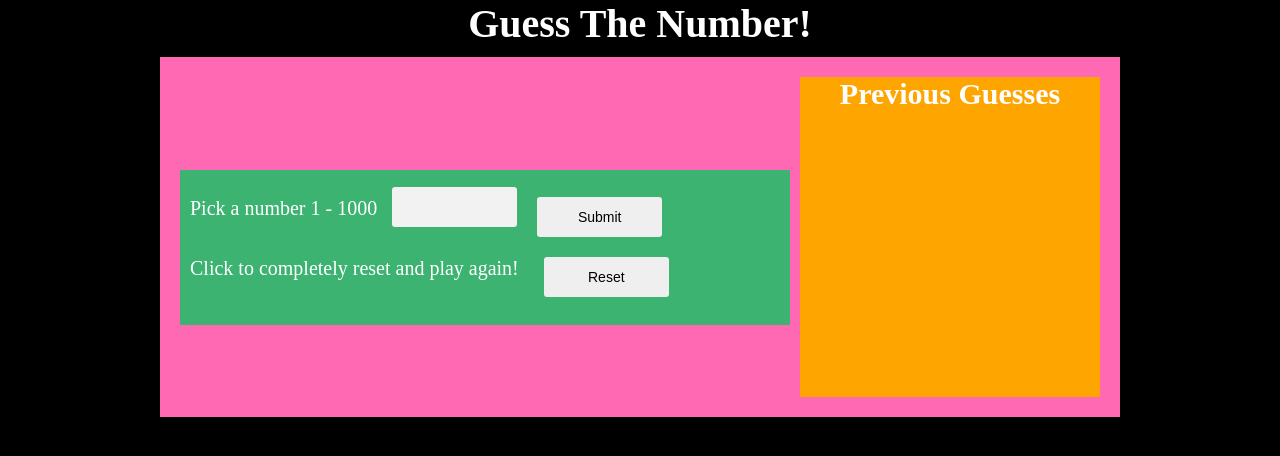
Repository: mlmEFSC21/P14-Guessing-Game
Page: guess.html
The author's editor kept a copy of each file at every save. The page is drawn from the files as they stood at one save, then again after the next save.
The browser window is 1280 px wide. The pictures show the whole page.

Above is the page before, as saved 2022-03-19 14:00:20.

### guess.html
<!DOCTYPE html>
<html lang="en">
    <head>
        <meta charset="UTF-8" />
        <meta http-equiv="X-UA-Compatible" content="IE=edge" />
        <meta name="viewport" content="width=device-width, initial-scale=1.0" />
        <link rel="stylesheet" href="guess.css" />
        <script src="guess.js" defer></script>
        <title>Guessing Game</title>
    </head>
    <body>
        <header>
            <h1 class="pageTitle">Guess The Number!</h1>
        </header>
        <section>
            <div class="gameContainer" id="container">
                <div class="results" id="results">
                    <form action="#" class="inputForm">
                        <label for="guessInput">Pick a number 1 - 1000</label>
                        <input
                            type="text"
                            required
                            name="guessInput"
                            class="guessInput"
                            id="guessInput"
                        />
                        <button type="submit" class="submitBtn" id="submitBtn">Submit</button>
                        <label for="resetBtn">Click to completely reset and play again!</label>
                        <button type="reset" class="resetBtn" id="resetBtn" name="Reset">
                            Reset
                        </button>
                    </form>
                </div>
                <div class="guessesContainer" id="guessesContainer">
                    <h2>Previous Guesses</h2>
                    <ul class="guesses" id="guessList"></ul>
                </div>
            </div>
        </section>
    </body>
</html>

### guess.css
*,
*::after,
*::before {
    box-sizing: border-box;
    margin: 0;
    padding: 0;
}
body {
    background-color: black;
    color: white;
    font-size: 1.25rem;
}
.pageTitle {
    text-align: center;
}
.gameContainer {
    background-color: hotpink;
    display: grid;
    max-width: 960px;
    height: 50vh;
    margin: 10px auto;
    padding: 20px;
    grid-template-columns: repeat(3, 1fr);
    grid-template-rows: repeat(4, 1fr);
    grid-auto-rows: minmax(200px, auto);
    gap: 10px;
    align-items: start;
    justify-content: center;
}
.results {
    background-color: mediumseagreen;
    display: flex;
    flex-direction: column-reverse;
    margin: 10px auto;
    padding: 10px;
    grid-column: 1/3;
    grid-row: 2 / 4;
    height: 100%;
    justify-content: center;
    align-items: center;
}
.inputForm {
    display: flex;
    flex-wrap: wrap;
}
label {
    margin-right: 15px;
    margin-block: 10px;
}
input {
    border: none;
    -webkit-appearance: none;
    -ms-appearance: none;
    -moz-appearance: none;
    appearance: none;
    background: #f2f2f2;
    padding: 12px;
    border-radius: 3px;
    width: 125px;
    height: 40px;
    outline: none;
    font-size: 14px;
}
.submitBtn {
    margin-left: 10px;
}
.guessInput {
    margin-right: 10px;
}
.guessesContainer {
    background-color: orange;
    display: flex;
    flex-direction: column;
    height: 100%;
    grid-row: 1 / 5;
    align-items: center;
}
button {
    border: none;
    margin: 10px;
    padding: 12px;
    border-radius: 3px;
    width: 125px;
    height: 40px;
    outline: none;
    font-size: 14px;
}

### guess.js
let randomNumber = Math.floor(Math.random() * 1000 + 1);
let guesses = [];

const guessInput = document.getElementById("guessInput");
const resultsDiv = document.getElementById("results");
const submitButton = document.getElementById("submitBtn");
const resetButton = document.getElementById("resetBtn");
const p = document.createElement("p");
const ul = document.getElementById("guessList");
const li = document.createElement("li");
const guessesContainer = document.getElementById("guessesContainer");
const h3 = document.createElement("h3");

//checks to see if the guess is higher, lower, or equal to
function checkGuess() {
    const currentGuess = Number(guessInput.value);
    if (currentGuess == randomNumber) {
        guesses.push(currentGuess);
        p.innerText = "Congratulations! You guessed the number!";
        resultsDiv.append(p);
        countGuesses();
    }
    if (currentGuess < randomNumber) {
        guesses.push(currentGuess);
        p.innerText = "Too low. Try again!";
        resultsDiv.append(p);
        trackGuesses();
    }
    if (currentGuess > randomNumber) {
        guesses.push(currentGuess);
        p.innerText = "Too high. Try again!";
        resultsDiv.append(p);
        trackGuesses();
    }
}
//tracks previous guess in a <ul>. Removes <li> and populates from guesses[] each time.
function trackGuesses() {
    while (ul.hasChildNodes()) {
        ul.removeChild(ul.firstChild);
    }
    for (i = 0; i <= guesses.length - 1; i++) {
        let li = document.createElement("li");
        li.innerText = guesses[i];
        ul.appendChild(li);
    }
}

//counts how many guesses. Uses array length.
function countGuesses() {
    let numOfGuesses = guesses.length;
    h3.innerText = `It took you ${numOfGuesses} guesses!`;
    guessesContainer.append(h3);
}
// creates a new random number for replay
function newRNG() {
    randomNumber = Math.floor(Math.random() * 10 + 1);
}
//resets the game completely.
function resetGame() {
    p.innerText = "";
    resultsDiv.append(p);
    while (ul.hasChildNodes()) {
        ul.removeChild(ul.firstChild);
    }
    h3.remove();
    // guessesContainer.removeChild(h3);
    guesses = [];
    newRNG();
    console.log(randomNumber);
}

submitButton.addEventListener("click", checkGuess);
resetButton.addEventListener("click", resetGame);
//logging random number for debugging. DELETE LATER
console.log(randomNumber);
console.log(guesses);

After the next save:
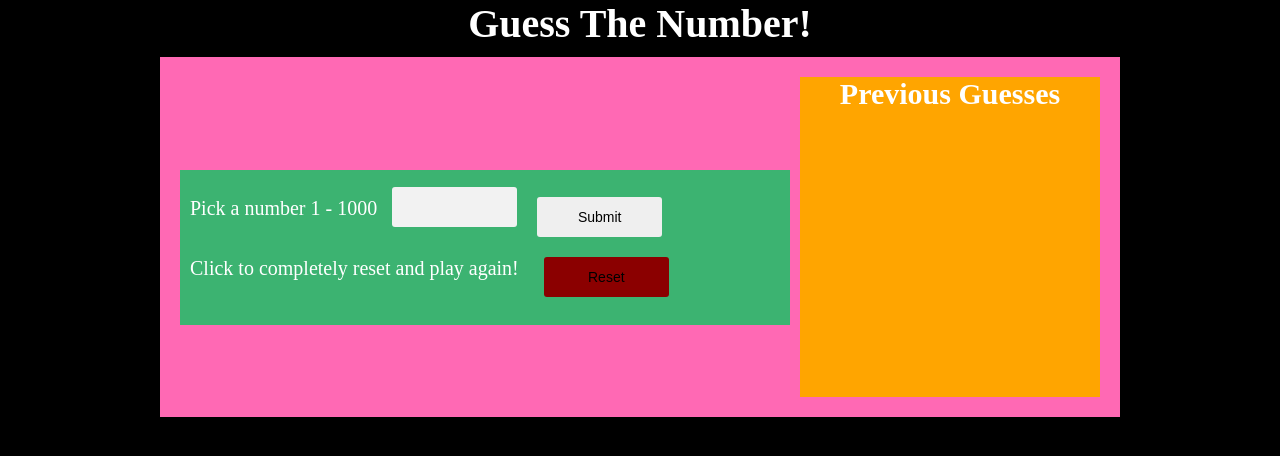
Saved 107 s later.
--- a/guess.css
+++ b/guess.css
@@ -61,19 +61,8 @@ input {
     outline: none;
     font-size: 14px;
 }
-.submitBtn {
-    margin-left: 10px;
-}
 .guessInput {
     margin-right: 10px;
-}
-.guessesContainer {
-    background-color: orange;
-    display: flex;
-    flex-direction: column;
-    height: 100%;
-    grid-row: 1 / 5;
-    align-items: center;
 }
 button {
     border: none;
@@ -85,3 +74,20 @@ button {
     outline: none;
     font-size: 14px;
 }
+.submitBtn {
+    margin-left: 10px;
+}
+.resetBtn {
+    background: darkred;
+}
+.resetBtn:hover {
+    background: red;
+}
+.guessesContainer {
+    background-color: orange;
+    display: flex;
+    flex-direction: column;
+    height: 100%;
+    grid-row: 1 / 5;
+    align-items: center;
+}
